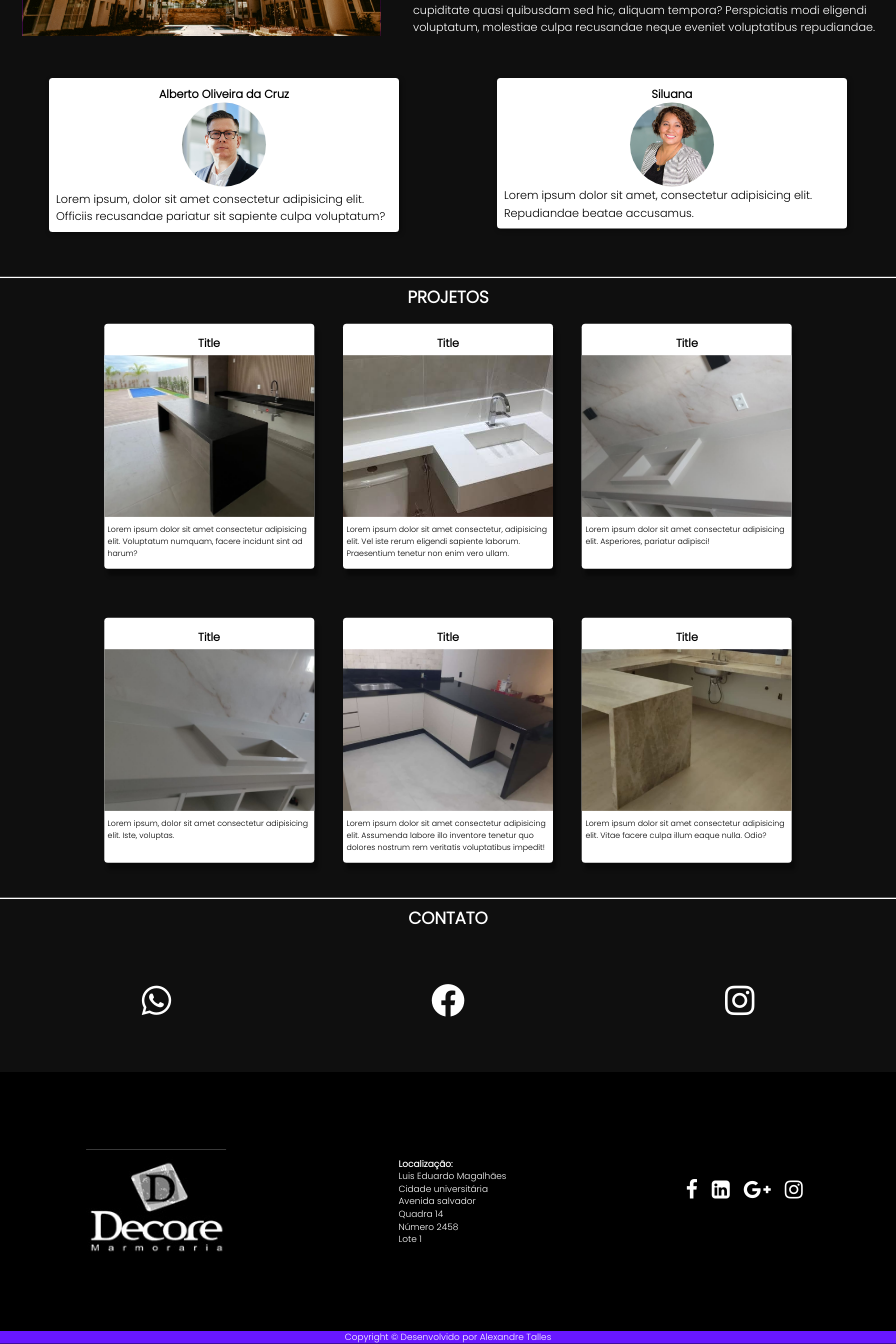
Repository: XFERRER7/projeto-xt7
Page: projetoMarmoraria/index.html
These files come from the project's save history. The page is drawn as it stood at one moment and after a run of saves; the edit follows.
The browser window is 1280 px wide. The pictures show the part of the page from y = 1068 to 2988 px (the page is 2988 px tall), at 70% of full size.
Some web libraries are served in a nearby version.

Above is the page before, as saved 2022-05-09 18:46:42.

After the next 4 saves:
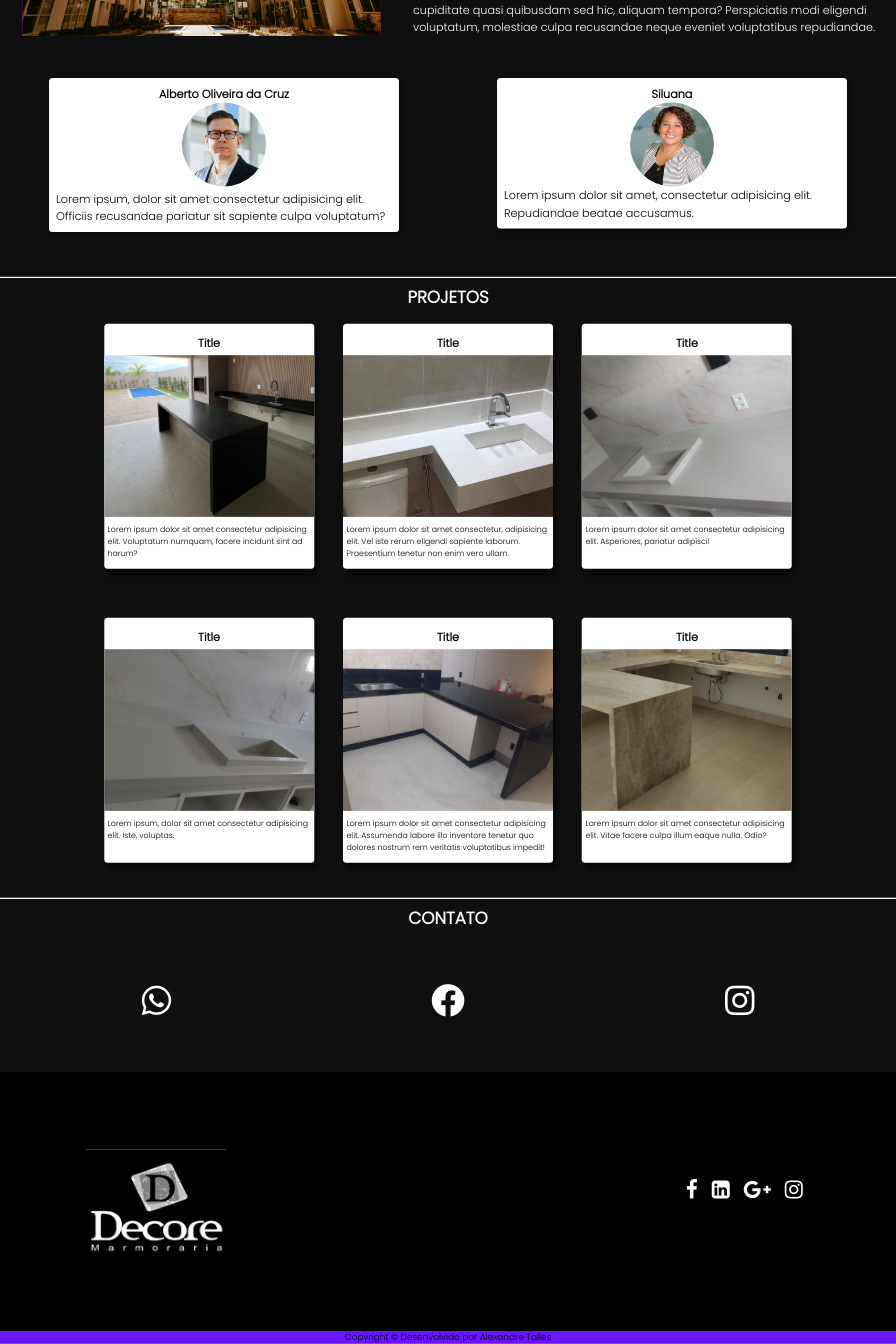
The 4 saves are shown as one change because they came seconds apart.
The last was saved 22 s later.
--- a/projetoMarmoraria/css/style.css
+++ b/projetoMarmoraria/css/style.css
@@ -487,8 +487,6 @@
 }
 
 .container-footer {
-  background-color: #000000;
-  color: #fff;
   font-size: 0.8rem;
   display: flex;
   align-items: center;

After the save that followed:
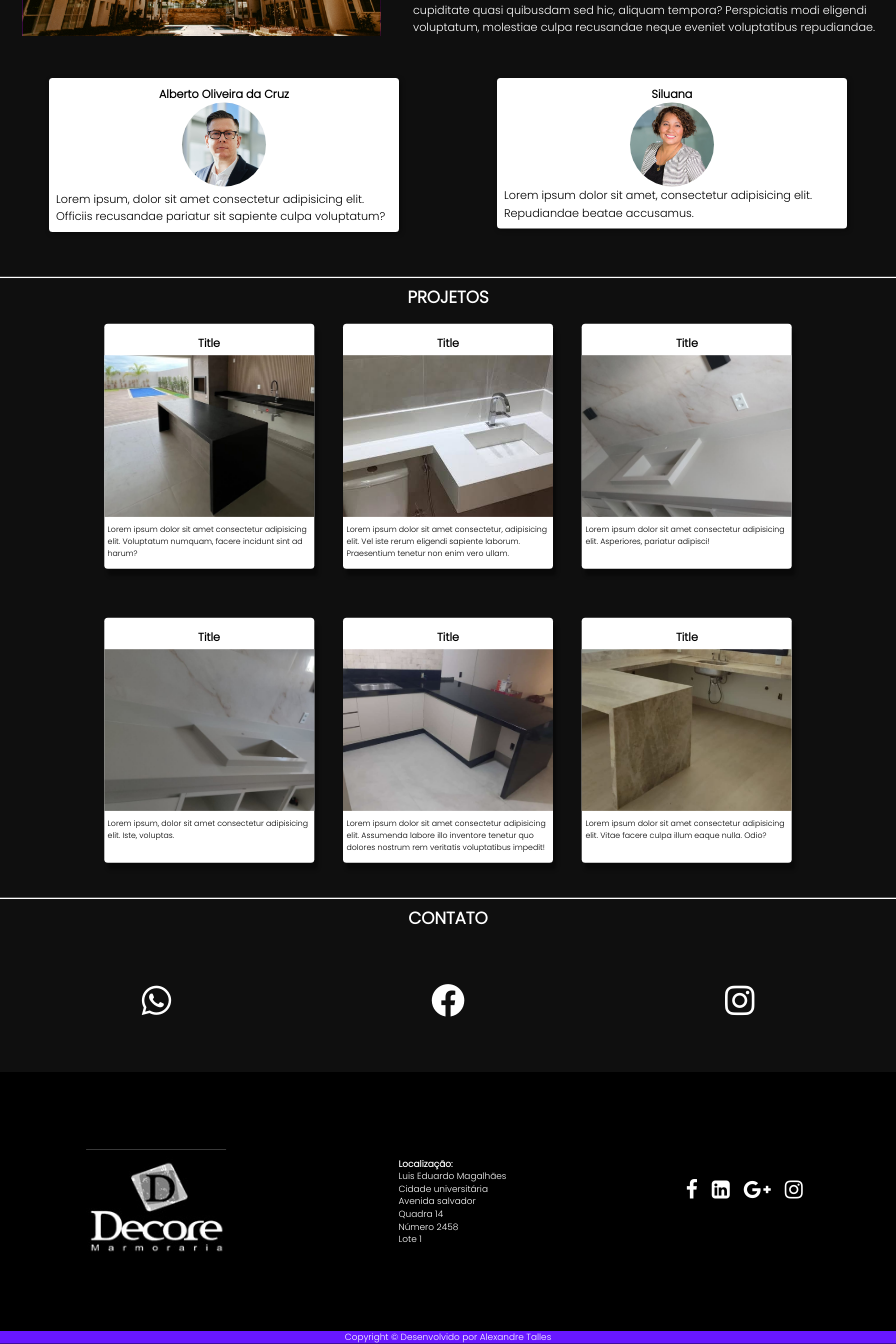
Saved 9 s later.
--- a/projetoMarmoraria/css/style.css
+++ b/projetoMarmoraria/css/style.css
@@ -487,6 +487,8 @@
 }
 
 .container-footer {
+  background-color: rgb(0, 0, 0);
+  color: #fff;
   font-size: 0.8rem;
   display: flex;
   align-items: center;
